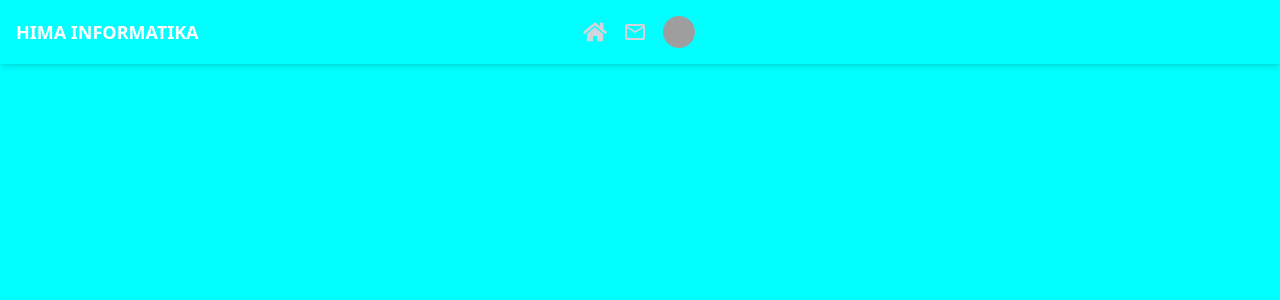
Repository: MUHAMADTEGARWIJAYA/himaif
Page: /
An editor plug-in stored every save of this project. The page is shown before and after the next save, followed by the edit.
The browser window is 1280 px wide. The pictures show the whole page.
Pictures or frames that could not be fetched are drawn as grey boxes. The project was rebuilt for these pictures with package versions that can differ from the ones it lists, and the page was loaded fresh each time. Also part of the build but not shown: vite.config.js.

Above is the page before, as saved 2024-12-21 10:13:43.

After the next save:
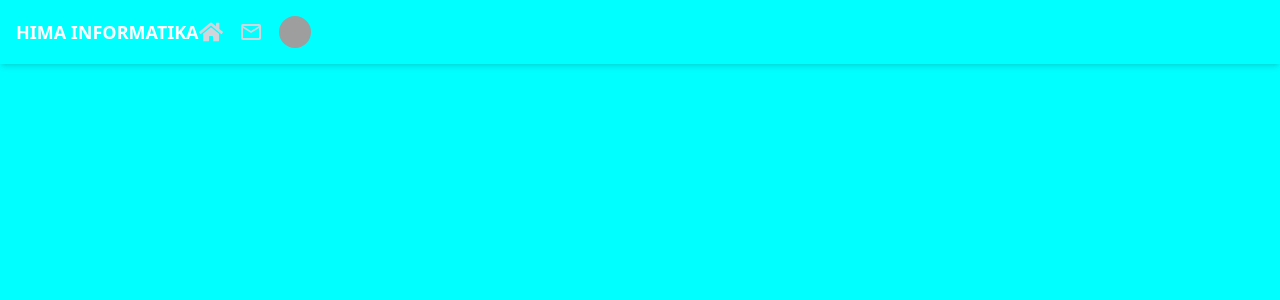
Saved 27 s later.
--- a/src/pages/Navbar.jsx
+++ b/src/pages/Navbar.jsx
@@ -26,7 +26,7 @@ const Navbar = () => {
   return (
     <div className="relative">
       <div
-        className={`flex items-center p-4 bg-transparent space-x-96 text-white shadow-md transition-transform duration-300 ${
+        className={`flex items-center p-4 bg-transparent space-x-reverse text-white shadow-md transition-transform duration-300 ${
           isVisible ? "translate-y-0" : "-translate-y-full"
         }`}
       >
